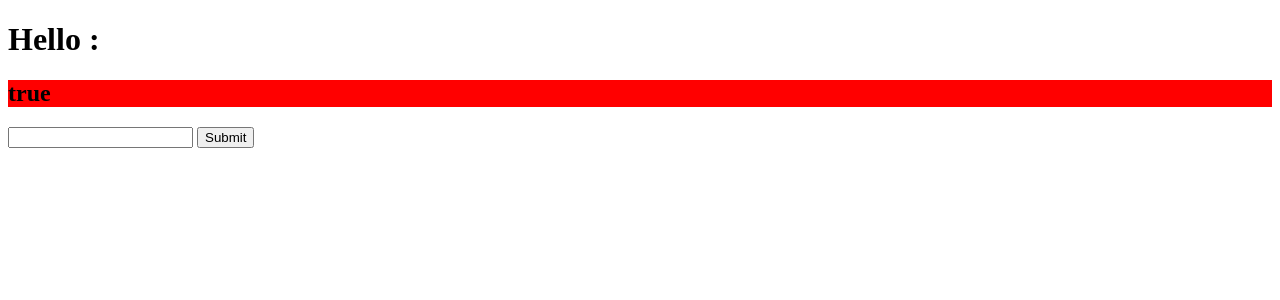
Repository: imrangthub/BlogUsingCoreJava
Page: http://localhost/StartingJsp_00/ExpressionLanguageOfJsp/templateText.jsp
These files come from the project's save history. The page is drawn as it stood at one moment and after the next save; the edit follows.
The browser window is 1280 px wide. The pictures show the whole page.
The page is served by Tomcat 9.

Above is the page before, as saved 2016-12-26 10:41:24.

After the next save:
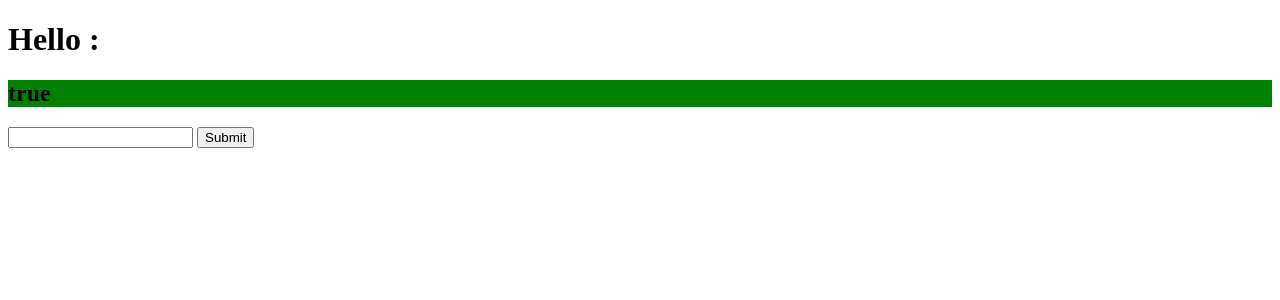
Saved 15 s later.
--- a/StartingJsp_00/WebContent/ExpressionLanguageOfJsp/templateText.jsp
+++ b/StartingJsp_00/WebContent/ExpressionLanguageOfJsp/templateText.jsp
@@ -12,7 +12,7 @@
 
 <h1>Hello : ${param['userName'] }</h1>
 
-<h2 style="background-color: red;">${empty param.userName}</h2>
+<h2 style="background-color: green;">${empty param.userName}</h2>
 
 <form action="templateText.jsp" method="post">
 
